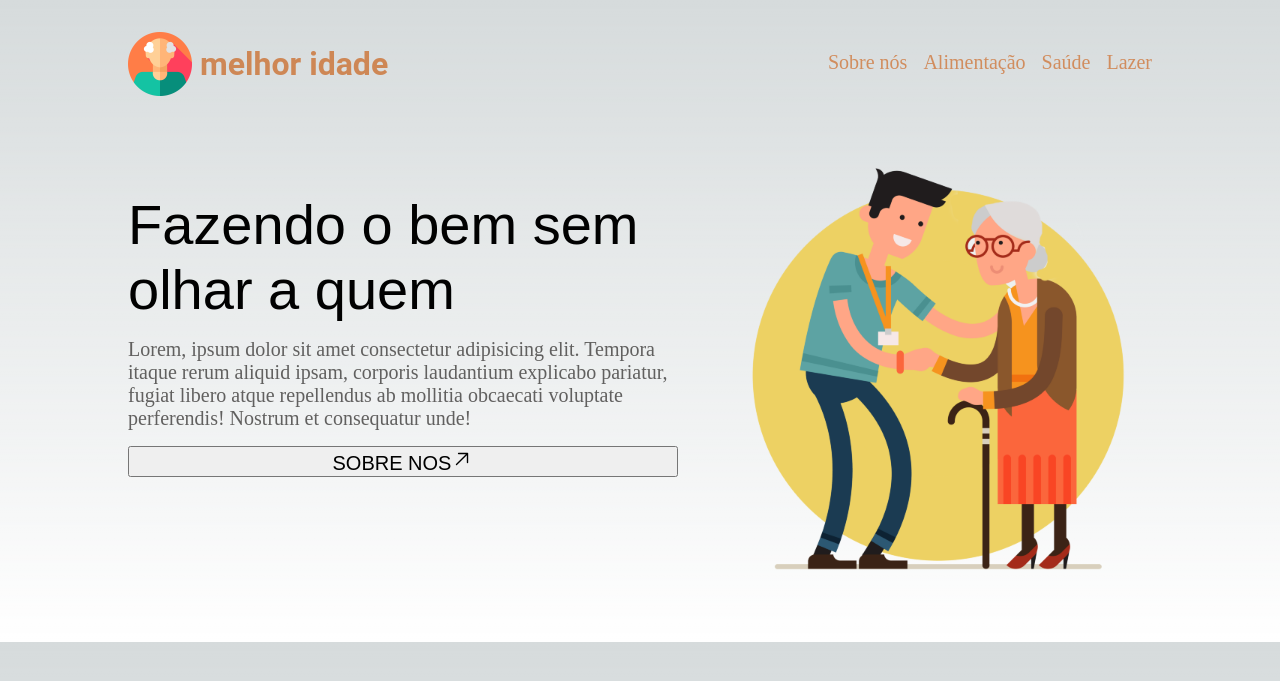
Repository: Giopol12/melhor-idade-online
Page: /index.page
An editor plug-in stored every save of this project. The page is shown before and after the next save, followed by the edit.
The browser window is 1280 px wide. The pictures show the whole page.
The project was rebuilt for these pictures with package versions that can differ from the ones it lists, and the page was loaded fresh each time. The framework's server and built-in components were replaced by stand-ins that run in the browser. Also part of the build but not shown: next.config.js.

Above is the page before, as saved 2023-11-12 16:18:20.

After the next save:
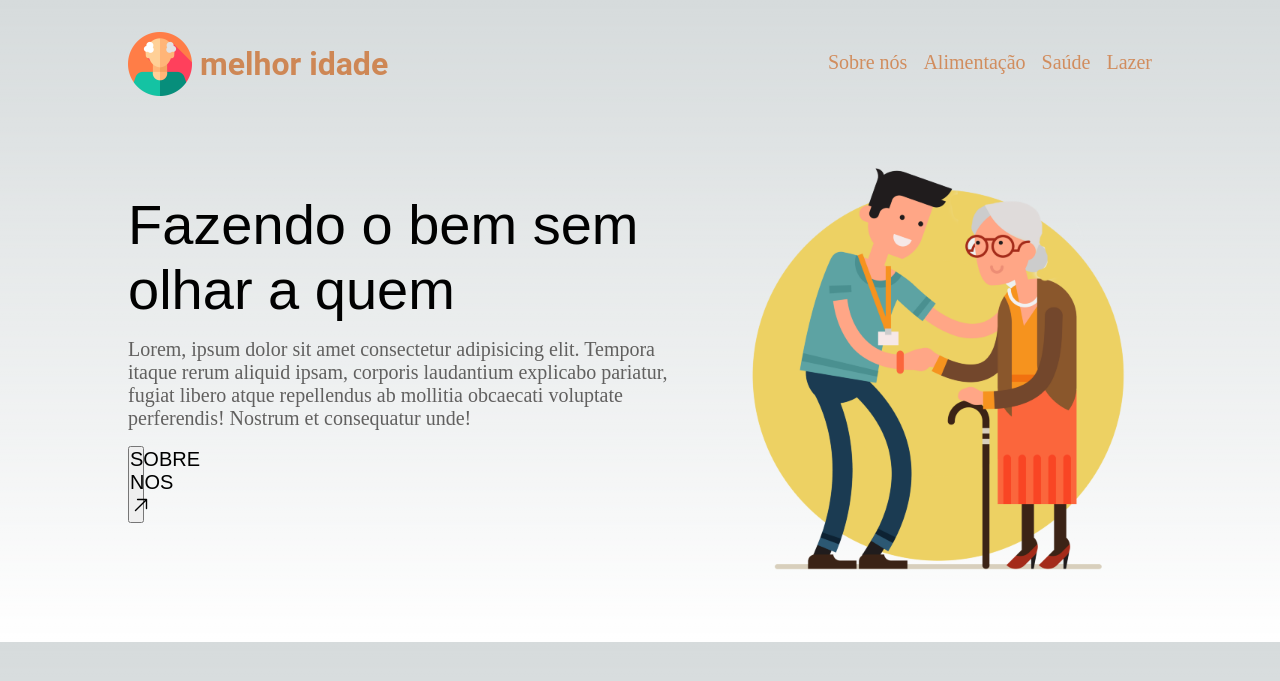
Saved 9 s later.
--- a/src/pages/home/HomeMain/styles.ts
+++ b/src/pages/home/HomeMain/styles.ts
@@ -25,7 +25,7 @@ export const ContentContainer = styled('div', {
     color: '$gray500',
   },
   button: {
-    width: 'auto',
+    width: '1rem',
     fontSize: '$lg',
   },
 })
